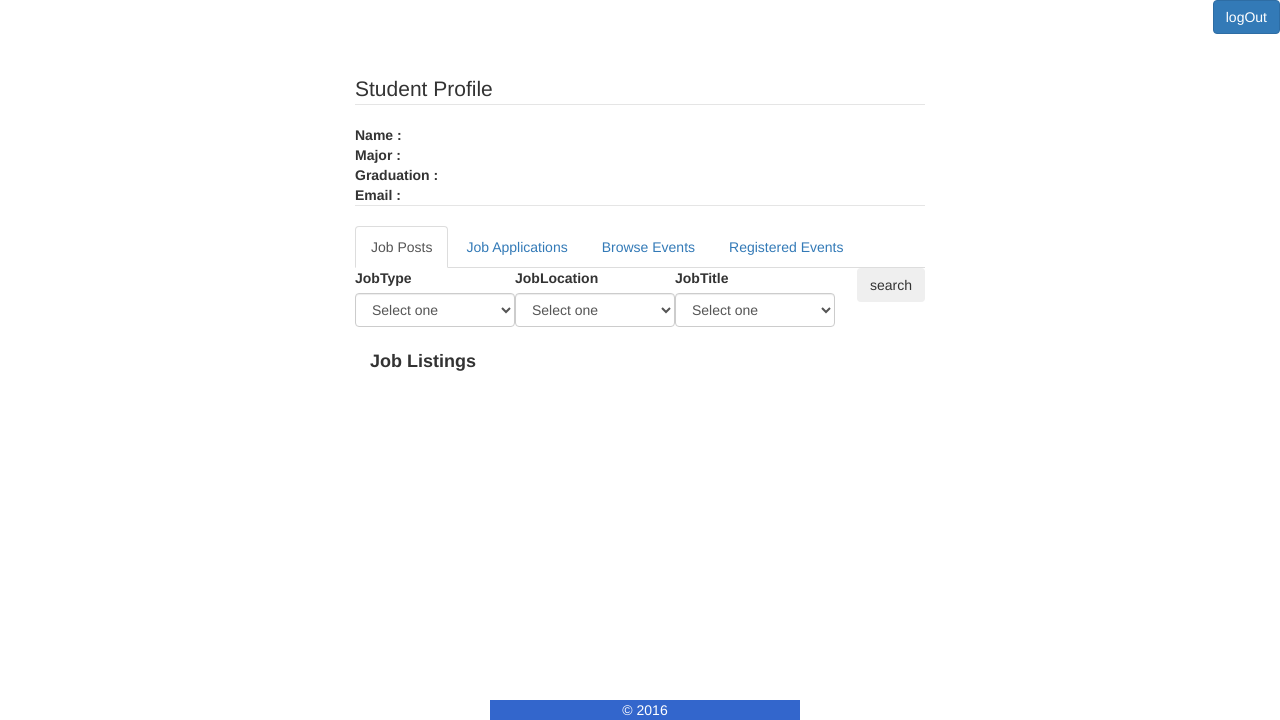
Repository: merlynfrank/AcademicProjects
Page: http://localhost/studenthome
An editor plug-in stored every save of this project. The page is shown before and after the next save, followed by the edit.
The browser window is 1280 px wide. The pictures show the whole page.
The page is this project's Thymeleaf template; nobody is signed in. The template is opened directly, without the code that normally fills it, so the values that code supplies are empty.

Above is the page before, as saved 2018-12-01 06:34:19.

### smith-is-internship/src/main/resources/templates/studenthome.html
<!DOCTYPE html>
<html xmlns:th="http://thymeleaf.org">
<head>
<link th:href="@{/css/bootstrap.min.css}" rel="stylesheet"
	type="text/css"></link>
<link th:href="@{/css/layout.css}" rel="stylesheet" type="text/css"></link>
<script type="text/javascript" th:src="@{/js/jquery-3.1.0.min.js}"></script>
<script type="text/javascript" th:src="@{/js/bootstrap.min.js}"></script>
</head>

<style>
.footer {
	position: absolute;
	right: 37.5%;
	left: 50%;
	bottom: 0px;
	width: 100;
	background: #3366cc;
	color: white;
	text-align: center;
	margin-left: -150px
}
</style>
<body>
	<!-- LogOut button -->
	<form th:action="@{/login}" th:object="${loginForm}">
		<div align="right">
			<button id="logOut" name="logOut" class="btn btn-primary">logOut</button>
		</div>
	</form>
	<br />
	<br />
	<div class="container">

		<fieldset>

			<!-- Form Name -->
			<legend>Student Profile</legend>
			<table>
				<tr>
					<th>Name :</th>
					<td><span th:text="${fname}"> ${fname} </span><span
						th:text="${lname}">${lname}</span></td>
				</tr>
				<tr>
					<th>Major :</th>
					<td><span th:text="${major}"> ${major} </span></td>
				</tr>
				<tr>
					<th>Graduation :</th>
					<td><span th:text="${graduation}"> ${graduation} </span></td>
				</tr>
				<tr>
					<th>Email :</th>
					<td><span th:text="${email}"> ${email} </span></td>
				</tr>
			</table>

		</fieldset>


		<script type="text/javascript" th:src="@{/js/jquery-3.1.0.min.js}"></script>
		<script type="text/javascript" th:src="@{/js/bootstrap.min.js}"></script>
	</div>

	<!-- Table for Search jobs and Applied jobs -->
	<div class="container">
		<legend></legend>
	</div>

	<div id="exTab2" class="container">
		<ul class="nav nav-tabs">
			<li class="active"><a href="#1" data-toggle="tab">Job Posts</a>
			</li>
			<li><a href="#2" data-toggle="tab">Job Applications</a></li>
			<li><a href="#3" data-toggle="tab">Browse Events</a></li>
			<li><a href="#4" data-toggle="tab">Registered Events</a></li>
		</ul>

		<div class="tab-content ">
			<div class="tab-pane active" id="1">
				<form class="form-horizontal" th:action="@{/jobsearch}"
					th:object="${jobSearchForm}" method="post">
					<div class="form-group col-md-4">
						<label for="jobType">JobType</label> <select id="jobType"
							class="form-control">
							<option selected="selected">Select one</option>
							<option>Analyst</option>
						</select>
					</div>
					<div class="form-group col-md-4">
						<label for="jobType">JobLocation</label> <select id="joblocation"
							class="form-control">
							<option selected="selected">Select one</option>
							<option>Maryland</option>
							<option>DC</option>
						</select>
					</div>
					<div class="form-group col-md-4">
						<label for="jobType">JobTitle</label> <select id="jobTitle"
							class="form-control">
							<option selected="selected">Select one</option>
							<option>Data Analyst</option>
							<option>Business Analyst</option>
						</select>
					</div>
					<div align="right">
						<button id="search" name="search" class="btn">search</button>
					</div>
				</form>
				<div class="form-group col-md-4 form-elegant scrollbar-light-blue">
					<table class="table table-hover table-striped">
					<thead><h4><strong>Job Listings</strong></h4></thead>

						<div th:each="job : ${jobs}">
					<tr>
						<td><span th:text="${job.jobTitle}"/></td>
						<td><span th:text="${job.jobType}"/></td>
						<td><span th:text="${job.companyName}"/></td>
						<td><span th:text="${job.workAuthorization}"/></td>
					</tr>
					<tr>
						<td colspan="4">
							<p> Qualification: <span th:text="${job.qualification}"/><br/>
							Description  : <span th:text="${job.description}"/><br/>
							Salary : <span th:text="${job.salary}"/><br/>
							Expiration date : <span th:text="${job.expirationDate}"/><br/></p>
						</td>
					</tr>


						</div>
					</table>


				</div>

			</div>
			<div class="tab-pane" id="2">
				<h3>Notice the gap between the content and tab after applying a
					background color</h3>
			</div>
			<div class="tab-pane" id="3">
				<h3>add clearfix to tab-content (see the css)</h3>
			</div>
			<div class="tab-pane" id="4">
				<h3>add clearfix to tab-content (see the css)</h3>
			</div>
		</div>
	</div>


</body>
<div class="footer">&copy; 2016</div>

</html>

### smith-is-internship/src/main/resources/static/css/layout.css
.container {
    width: 600px;
    margin: auto;
}
.remember-me {
    text-align: center;
}
.btn-login {
    width: 100%;
}

Loaded but not shown: smith-is-internship/src/main/resources/static/css/bootstrap.min.css (library); smith-is-internship/src/main/resources/static/js/jquery-3.1.0.min.js (library); smith-is-internship/src/main/resources/static/js/bootstrap.min.js (library)

After the next save:
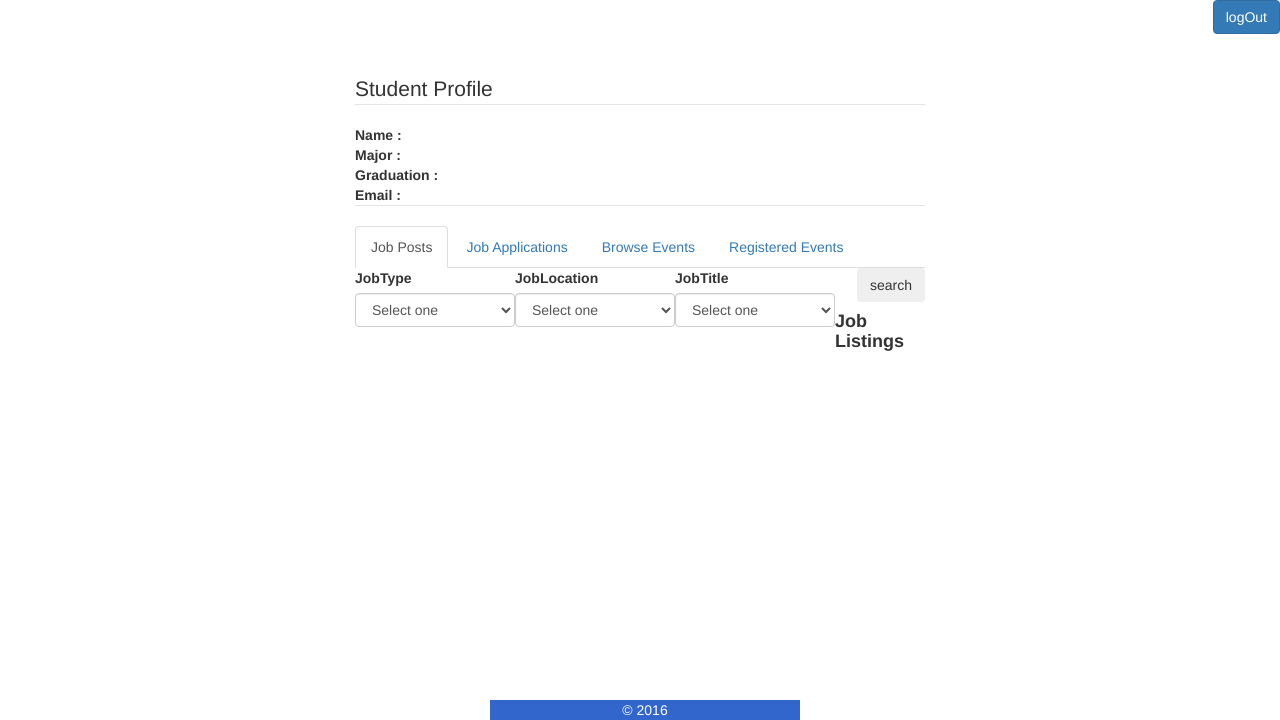
Saved 80 s later.
--- a/smith-is-internship/src/main/resources/templates/studenthome.html
+++ b/smith-is-internship/src/main/resources/templates/studenthome.html
@@ -108,7 +108,7 @@
 						<button id="search" name="search" class="btn">search</button>
 					</div>
 				</form>
-				<div class="form-group col-md-4 form-elegant scrollbar-light-blue">
+				<div class="form-elegant scrollbar-light-blue">
 					<table class="table table-hover table-striped">
 					<thead><h4><strong>Job Listings</strong></h4></thead>
 
